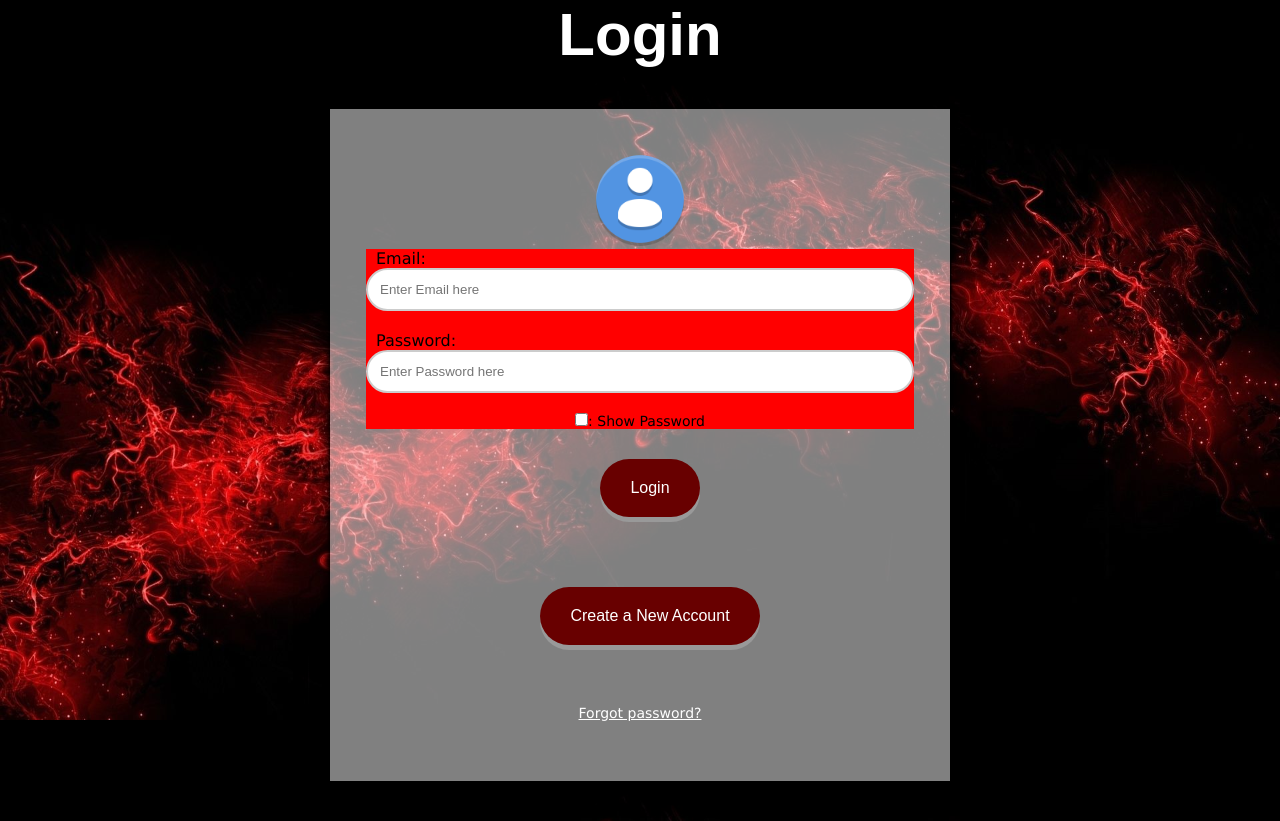
Repository: amila1998/OOP-Group-Assignment-1st-Year-2nd-Semester
Page: http://localhost/OMT/login.jsp
The author's editor kept a copy of each file at every save. The page is drawn from the files as they stood at one save, then again after the next save.
The browser window is 1280 px wide. The pictures show the whole page.
Backgrounds fixed to the window are drawn as part of the page. Some web fonts or font styles are not loaded; a fallback is used. The page is served by Tomcat 9. Nobody is signed in. The application's start-up code is not run.

Above is the page before, as saved 2021-05-23 07:55:19.

After the next save:
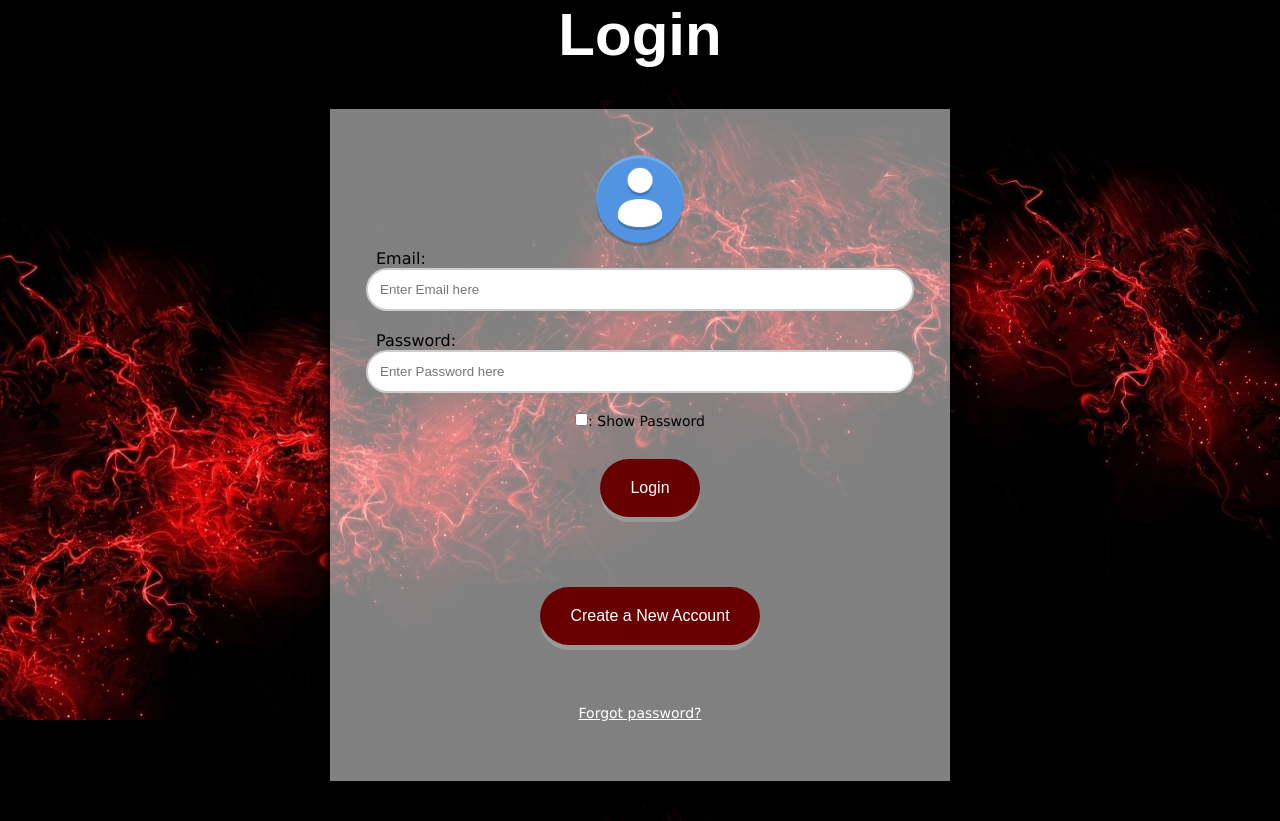
Saved 36 s later.
--- a/OMT/WebContent/styles/Login.css
+++ b/OMT/WebContent/styles/Login.css
@@ -16,7 +16,7 @@
 	font-size: 50px;
 
 }
-.invalid{
+.invalid div{
   background-color: red;
   text-align: center;
 }
